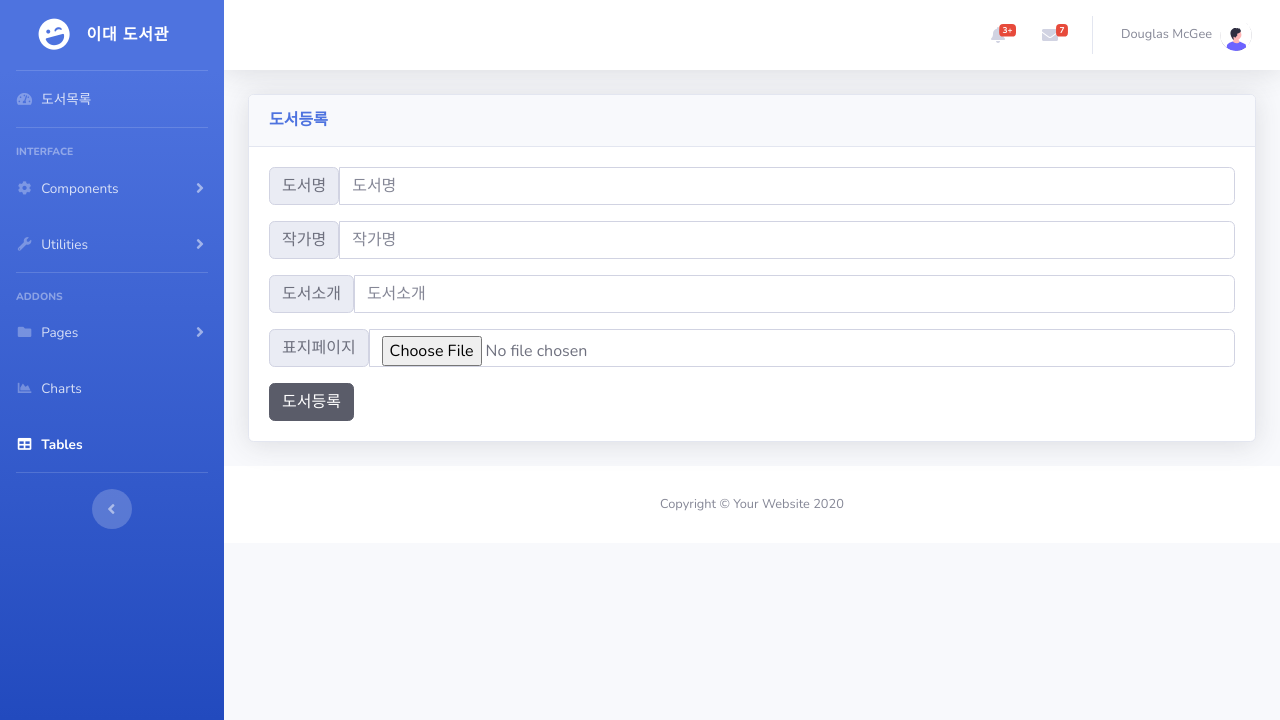
Repository: allely/spring
Page: http://localhost/jsp/book/reg.jsp
These files come from the project's save history. The page is drawn as it stood at one moment and after the next save; the edit follows.
The browser window is 1280 px wide. The pictures show the whole page.
The page is served by Tomcat 9.

Above is the page before, as saved 2023-11-27 02:15:01.

After the next save:
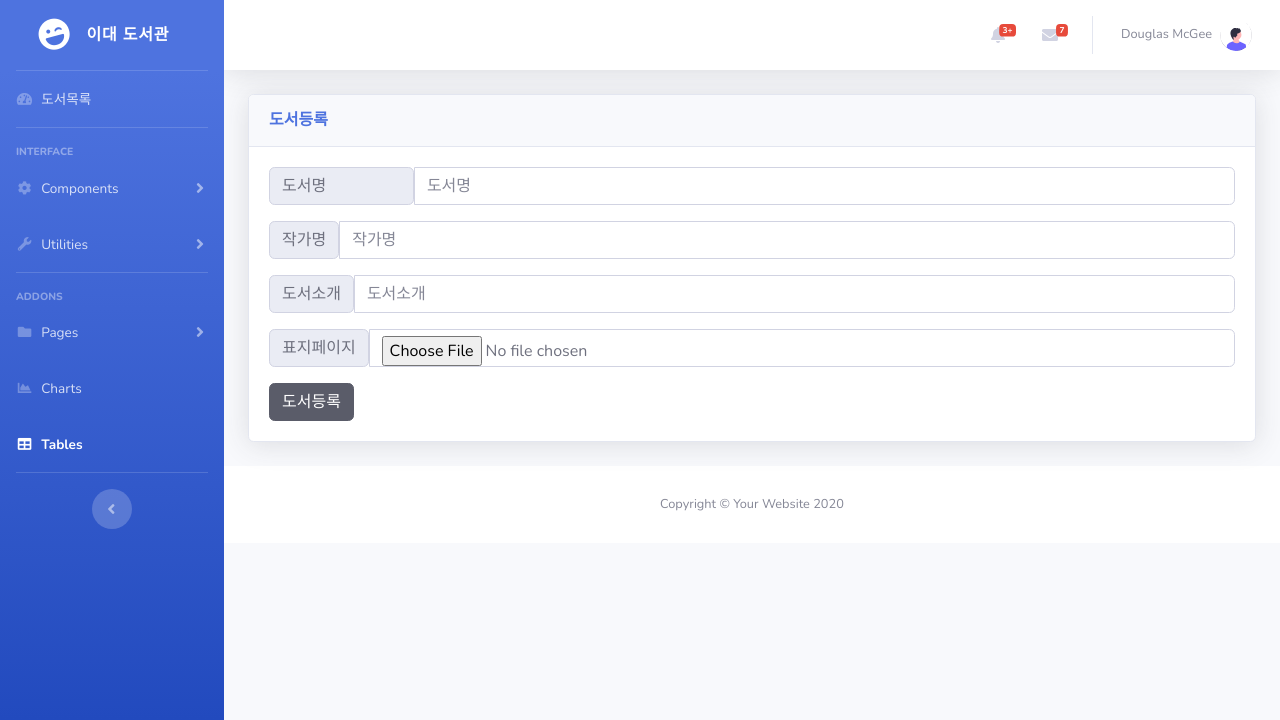
Saved 45 s later.
--- a/2. 서블릿 & JSP/jsp/jsp/src/main/webapp/book/reg.jsp
+++ b/2. 서블릿 & JSP/jsp/jsp/src/main/webapp/book/reg.jsp
@@ -5,10 +5,11 @@
 <head>
 <meta charset="UTF-8">
 <title>Insert title here</title>
+<style>
+	.w-15{width: 15%}
+	.w-20{width: 15%}
+</style>
 </head>
-<style>
-
-</style>
 <body>
 <script type="text/javascript">
 	window.onload = function(){
